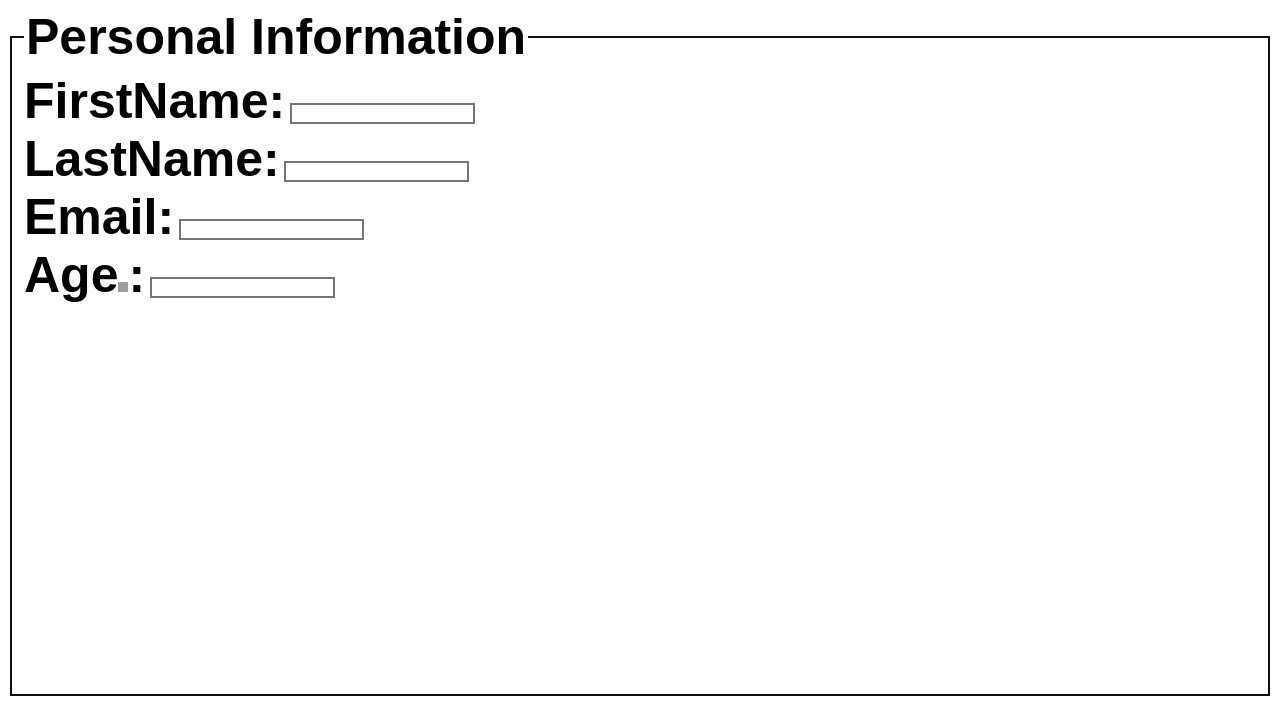
Repository: Femi007-gh/Legend
Page: index.html
An editor plug-in stored every save of this project. The page is shown before and after the next save, followed by the edit.
The browser window is 1280 px wide. The pictures show the whole page.
Pictures or frames that could not be fetched are drawn as grey boxes.

Above is the page before, as saved 2025-04-04 11:04:44.

### index.html
<html>
  <head>
    <title>LEGEND</title>
    <link rel="stylesheet" href="style.css">
  </head>
  <body>
    <form>
      <fieldset class="field">
        <legend class="ld">Personal Information</legend>
        <label class="first">FirstName:</label>
        <input type="text" class="FN"><br>

        <label class="last">LastName:</label>
        <input type="text" class="LN"> <br>

        <label class="mail">Email:</label>
        <input type="text" class="email"> <br>

        <label class="yourage">Age<img src="doc.jpg" class="doc">:</label>
        <input type="text" class="age"> <br>
      </fieldset>
    </form>
  </body>
</html>

### style.css
body {
  font-family:Arial, Helvetica, sans-serif;
  font-weight: bold;
}

.ld {
  font-size: 50px;
  margin-bottom: ;
}

.doc {
  height: 10px;
  width: 10px;
}

.field {
  border: 2px solid #111;
  height: 95%;
}

.FN {

  border-style: solid;
}

.LN {

  border-style: solid;
}

.email {
  border-style: solid;
}

.age {

  border-style: solid;
}

.first, .last, .mail, .yourage {
  font-size: 50px;
}

After the next save:
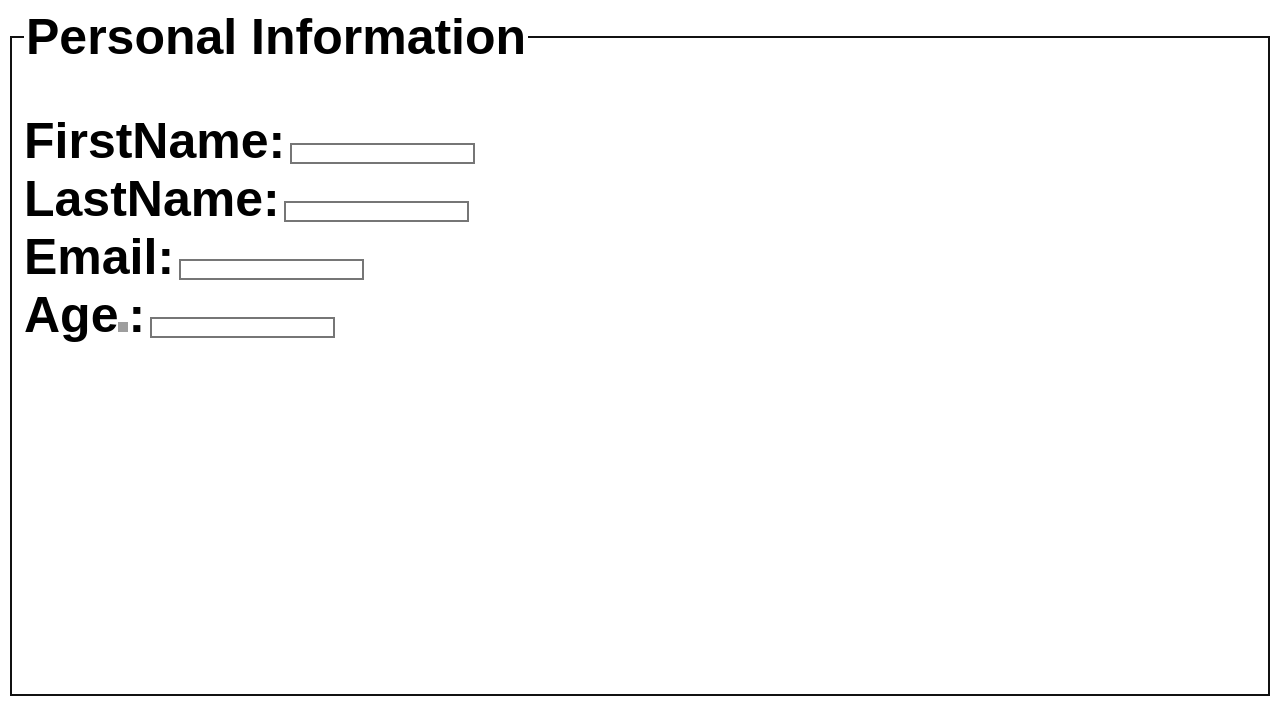
Saved 4 s later.
--- a/style.css
+++ b/style.css
@@ -5,7 +5,7 @@ body {
 
 .ld {
   font-size: 50px;
-  margin-bottom: ;
+  margin-bottom: 40px;
 }
 
 .doc {
